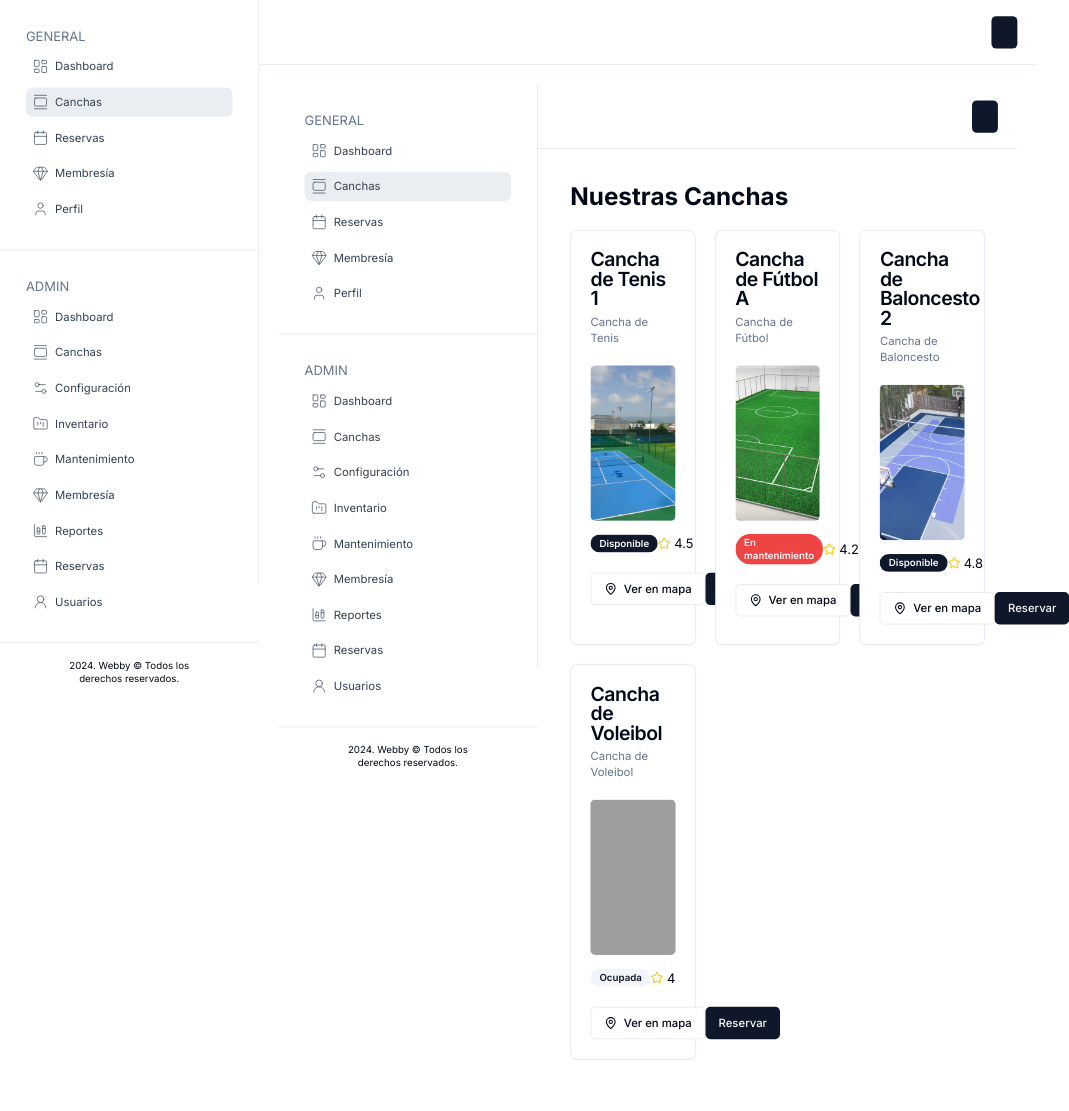
Repository: Jackson-sch/cdeporte
Page: /canchas
An editor plug-in stored every save of this project. The page is shown before and after the next save, followed by the edit.
The browser window is 1280 px wide. The page is 1320 px wide, so the pictures cover 1320 px, including what lies to the right of the window. The pictures show the whole page, at 81% of full size.
Pictures or frames that could not be fetched are drawn as grey boxes. The project was rebuilt for these pictures with package versions that can differ from the ones it lists, and the page was loaded fresh each time. The framework's server and built-in components were replaced by stand-ins that run in the browser. Also part of the build but not shown: next.config.mjs.

Above is the page before, as saved 2024-09-18 18:55:49.

### src/app/layout.jsx
import { Inter } from "next/font/google";
import "./globals.css";
import { Toaster } from "@/components/ui/toaster";

const inter = Inter({ subsets: ["latin"] });

export const metadata = {
  title: "Create Next App",
  description: "Generated by create next app",
};

export default function RootLayout({ children }) {
  return (
    <html lang="en">
      <body className={inter.className}>
        {children}
        <Toaster />
        </body>
    </html>
  );
}

### src/app/(routes)/layout.jsx
import { NavbarDashboard } from "@/components/NavbarDashboard/NavbarDashboard";
import { Sidebar } from "@/components/Sidebar/Sidebar";




export default function LayoutDashboard({ children }) {
  return (
    <div className="flex w-full h-full">
      <div className="hidden h-full xl:block w-80 xl:fixed">
        <Sidebar />
      </div>
      <div className="w-full h-full xl:ml-80">
        <NavbarDashboard />
        <div className="p-6 h-max container">{children}</div>
      </div>
    </div>
  );
}

### src/app/(routes)/(cliente)/layout.jsx
import { NavbarDashboard } from "@/components/NavbarDashboard/NavbarDashboard";
import { Sidebar } from "@/components/Sidebar/Sidebar";




export default function LayoutDashboard({ children }) {
  return (
    <div className="flex w-full h-full">
      <div className="hidden h-full xl:block w-80 xl:fixed">
        <Sidebar />
      </div>
      <div className="w-full h-full xl:ml-80">
        <NavbarDashboard />
        <div className="p-6 h-max container">{children}</div>
      </div>
    </div>
  );
}

### src/app/(routes)/(cliente)/canchas/page.jsx
import React from "react";
import {
  Card,
  CardContent,
  CardDescription,
  CardFooter,
  CardHeader,
  CardTitle,
} from "@/components/ui/card";
import { Button } from "@/components/ui/button";
import { Badge } from "@/components/ui/badge";
import { Star, MapPin } from "lucide-react";

export default function CourtsPage() {
  const courts = [
    {
      id: 1,
      name: "Cancha de Tenis 1",
      type: "Tenis",
      status: "Disponible",
      rating: 4.5,
      image: "/canchitas/tenis.jpg",
    },
    {
      id: 2,
      name: "Cancha de Fútbol A",
      type: "Fútbol",
      status: "En mantenimiento",
      rating: 4.2,
      image: "/canchitas/futbol.jpg",
    },
    {
      id: 3,
      name: "Cancha de Baloncesto 2",
      type: "Baloncesto",
      status: "Disponible",
      rating: 4.8,
      image: "/canchitas/baloncesto.webp",
    },
    {
      id: 4,
      name: "Cancha de Voleibol",
      type: "Voleibol",
      status: "Ocupada",
      rating: 4.0,
      image: "/canchitas/voley.webp",
    },
  ];

  return (
    <div className="container mx-auto p-4">
      <h1 className="text-3xl font-bold mb-6">Nuestras Canchas</h1>

      <div className="grid gap-6 md:grid-cols-2 lg:grid-cols-3">
        {courts.map((court) => (
          <Card key={court.id}>
            <CardHeader>
              <CardTitle>{court.name}</CardTitle>
              <CardDescription>Cancha de {court.type}</CardDescription>
            </CardHeader>
            <CardContent>
              <img
                src={court.image}
                alt={`Imagen de ${court.name}`}
                className="w-full h-48 object-cover rounded-md mb-4"
              />
              <div className="flex justify-between items-center">
                <Badge
                  variant={
                    court.status === "Disponible"
                      ? "default"
                      : court.status === "En mantenimiento"
                      ? "destructive"
                      : "secondary"
                  }
                >
                  {court.status}
                </Badge>
                <div className="flex items-center">
                  <Star className="w-4 h-4 text-yellow-400 mr-1" />
                  <span>{court.rating}</span>
                </div>
              </div>
            </CardContent>
            <CardFooter className="flex justify-between">
              <Button variant="outline">
                <MapPin className="mr-2 h-4 w-4" /> Ver en mapa
              </Button>
              <Button>Reservar</Button>
            </CardFooter>
          </Card>
        ))}
      </div>
    </div>
  );
}

### src/components/ui/toaster.jsx
"use client"

import {
  Toast,
  ToastClose,
  ToastDescription,
  ToastProvider,
  ToastTitle,
  ToastViewport,
} from "@/components/ui/toast"
import { useToast } from "@/components/ui/use-toast"

export function Toaster() {
  const { toasts } = useToast()

  return (
    (<ToastProvider>
      {toasts.map(function ({ id, title, description, action, ...props }) {
        return (
          (<Toast key={id} {...props}>
            <div className="grid gap-1">
              {title && <ToastTitle>{title}</ToastTitle>}
              {description && (
                <ToastDescription>{description}</ToastDescription>
              )}
            </div>
            {action}
            <ToastClose />
          </Toast>)
        );
      })}
      <ToastViewport />
    </ToastProvider>)
  );
}

### src/components/NavbarDashboard/NavbarDashboard.jsx
import { Sheet, SheetContent, SheetTrigger } from "@/components/ui/sheet";
import {Button } from "@/components/ui/button";
import { Menu } from "lucide-react";
import { SidebarRoutes } from "../SidebarRoutes/SidebarRoutes";



export function NavbarDashboard() {
  return (
    <nav className="flex items-center justify-between w-full h-20 px-2 border-b gap-x-4 md:px-6 bg-background">
      <div className="block xl:hidden">
        <Sheet>
          <SheetTrigger className="flex items-center">
            <Menu />
          </SheetTrigger>
          <SheetContent side="left">
            <SidebarRoutes />
          </SheetContent>
        </Sheet>
      </div>
      <div className="flex items-center justify-end w-full gap-x-2">
        <Button />
      </div>
    </nav>
  );
}

### src/components/Sidebar/Sidebar.jsx
import { SidebarRoutes } from "../SidebarRoutes/SidebarRoutes";


export function Sidebar() {
  return (
    <div className="h-screen">
      <div className="flex flex-col h-full border-r">
        <SidebarRoutes />
      </div>
    </div>
  );
}

### src/components/ui/card.jsx
import * as React from "react"

import { cn } from "@/lib/utils"

const Card = React.forwardRef(({ className, ...props }, ref) => (
  <div
    ref={ref}
    className={cn("rounded-lg border bg-card text-card-foreground shadow-sm", className)}
    {...props} />
))
Card.displayName = "Card"

const CardHeader = React.forwardRef(({ className, ...props }, ref) => (
  <div
    ref={ref}
    className={cn("flex flex-col space-y-1.5 p-6", className)}
    {...props} />
))
CardHeader.displayName = "CardHeader"

const CardTitle = React.forwardRef(({ className, ...props }, ref) => (
  <h3
    ref={ref}
    className={cn("text-2xl font-semibold leading-none tracking-tight", className)}
    {...props} />
))
CardTitle.displayName = "CardTitle"

const CardDescription = React.forwardRef(({ className, ...props }, ref) => (
  <p
    ref={ref}
    className={cn("text-sm text-muted-foreground", className)}
    {...props} />
))
CardDescription.displayName = "CardDescription"

const CardContent = React.forwardRef(({ className, ...props }, ref) => (
  <div ref={ref} className={cn("p-6 pt-0", className)} {...props} />
))
CardContent.displayName = "CardContent"

const CardFooter = React.forwardRef(({ className, ...props }, ref) => (
  <div
    ref={ref}
    className={cn("flex items-center p-6 pt-0", className)}
    {...props} />
))
CardFooter.displayName = "CardFooter"

export { Card, CardHeader, CardFooter, CardTitle, CardDescription, CardContent }

### src/components/ui/button.jsx
import * as React from "react"
import { Slot } from "@radix-ui/react-slot"
import { cva } from "class-variance-authority";

import { cn } from "@/lib/utils"

const buttonVariants = cva(
  "inline-flex items-center justify-center whitespace-nowrap rounded-md text-sm font-medium ring-offset-background transition-colors focus-visible:outline-none focus-visible:ring-2 focus-visible:ring-ring focus-visible:ring-offset-2 disabled:pointer-events-none disabled:opacity-50",
  {
    variants: {
      variant: {
        default: "bg-primary text-primary-foreground hover:bg-primary/90",
        destructive:
          "bg-destructive text-destructive-foreground hover:bg-destructive/90",
        outline:
          "border border-input bg-background hover:bg-accent hover:text-accent-foreground",
        secondary:
          "bg-secondary text-secondary-foreground hover:bg-secondary/80",
        ghost: "hover:bg-accent hover:text-accent-foreground",
        link: "text-primary underline-offset-4 hover:underline",
      },
      size: {
        default: "h-10 px-4 py-2",
        sm: "h-9 rounded-md px-3",
        lg: "h-11 rounded-md px-8",
        icon: "h-10 w-10",
      },
    },
    defaultVariants: {
      variant: "default",
      size: "default",
    },
  }
)

const Button = React.forwardRef(({ className, variant, size, asChild = false, ...props }, ref) => {
  const Comp = asChild ? Slot : "button"
  return (
    (<Comp
      className={cn(buttonVariants({ variant, size, className }))}
      ref={ref}
      {...props} />)
  );
})
Button.displayName = "Button"

export { Button, buttonVariants }

### src/components/ui/badge.jsx
import * as React from "react"
import { cva } from "class-variance-authority";

import { cn } from "@/lib/utils"

const badgeVariants = cva(
  "inline-flex items-center rounded-full border px-2.5 py-0.5 text-xs font-semibold transition-colors focus:outline-none focus:ring-2 focus:ring-ring focus:ring-offset-2",
  {
    variants: {
      variant: {
        default:
          "border-transparent bg-primary text-primary-foreground hover:bg-primary/80",
        secondary:
          "border-transparent bg-secondary text-secondary-foreground hover:bg-secondary/80",
        destructive:
          "border-transparent bg-destructive text-destructive-foreground hover:bg-destructive/80",
        outline: "text-foreground",
      },
    },
    defaultVariants: {
      variant: "default",
    },
  }
)

function Badge({
  className,
  variant,
  ...props
}) {
  return (<div className={cn(badgeVariants({ variant }), className)} {...props} />);
}

export { Badge, badgeVariants }

### src/components/ui/toast.jsx
"use client";
import * as React from "react"
import * as ToastPrimitives from "@radix-ui/react-toast"
import { cva } from "class-variance-authority";
import { X } from "lucide-react"

import { cn } from "@/lib/utils"

const ToastProvider = ToastPrimitives.Provider

const ToastViewport = React.forwardRef(({ className, ...props }, ref) => (
  <ToastPrimitives.Viewport
    ref={ref}
    className={cn(
      "fixed top-0 z-[100] flex max-h-screen w-full flex-col-reverse p-4 sm:bottom-0 sm:right-0 sm:top-auto sm:flex-col md:max-w-[420px]",
      className
    )}
    {...props} />
))
ToastViewport.displayName = ToastPrimitives.Viewport.displayName

const toastVariants = cva(
  "group pointer-events-auto relative flex w-full items-center justify-between space-x-4 overflow-hidden rounded-md border p-6 pr-8 shadow-lg transition-all data-[swipe=cancel]:translate-x-0 data-[swipe=end]:translate-x-[var(--radix-toast-swipe-end-x)] data-[swipe=move]:translate-x-[var(--radix-toast-swipe-move-x)] data-[swipe=move]:transition-none data-[state=open]:animate-in data-[state=closed]:animate-out data-[swipe=end]:animate-out data-[state=closed]:fade-out-80 data-[state=closed]:slide-out-to-right-full data-[state=open]:slide-in-from-top-full data-[state=open]:sm:slide-in-from-bottom-full",
  {
    variants: {
      variant: {
        default: "border bg-background text-foreground",
        destructive:
          "destructive group border-destructive bg-destructive text-destructive-foreground",
      },
    },
    defaultVariants: {
      variant: "default",
    },
  }
)

const Toast = React.forwardRef(({ className, variant, ...props }, ref) => {
  return (
    (<ToastPrimitives.Root
      ref={ref}
      className={cn(toastVariants({ variant }), className)}
      {...props} />)
  );
})
Toast.displayName = ToastPrimitives.Root.displayName

const ToastAction = React.forwardRef(({ className, ...props }, ref) => (
  <ToastPrimitives.Action
    ref={ref}
    className={cn(
      "inline-flex h-8 shrink-0 items-center justify-center rounded-md border bg-transparent px-3 text-sm font-medium ring-offset-background transition-colors hover:bg-secondary focus:outline-none focus:ring-2 focus:ring-ring focus:ring-offset-2 disabled:pointer-events-none disabled:opacity-50 group-[.destructive]:border-muted/40 group-[.destructive]:hover:border-destructive/30 group-[.destructive]:hover:bg-destructive group-[.destructive]:hover:text-destructive-foreground group-[.destructive]:focus:ring-destructive",
      className
    )}
    {...props} />
))
ToastAction.displayName = ToastPrimitives.Action.displayName

const ToastClose = React.forwardRef(({ className, ...props }, ref) => (
  <ToastPrimitives.Close
    ref={ref}
    className={cn(
      "absolute right-2 top-2 rounded-md p-1 text-foreground/50 opacity-0 transition-opacity hover:text-foreground focus:opacity-100 focus:outline-none focus:ring-2 group-hover:opacity-100 group-[.destructive]:text-red-300 group-[.destructive]:hover:text-red-50 group-[.destructive]:focus:ring-red-400 group-[.destructive]:focus:ring-offset-red-600",
      className
    )}
    toast-close=""
    {...props}>
    <X className="h-4 w-4" />
  </ToastPrimitives.Close>
))
ToastClose.displayName = ToastPrimitives.Close.displayName

const ToastTitle = React.forwardRef(({ className, ...props }, ref) => (
  <ToastPrimitives.Title ref={ref} className={cn("text-sm font-semibold", className)} {...props} />
))
ToastTitle.displayName = ToastPrimitives.Title.displayName

const ToastDescription = React.forwardRef(({ className, ...props }, ref) => (
  <ToastPrimitives.Description ref={ref} className={cn("text-sm opacity-90", className)} {...props} />
))
ToastDescription.displayName = ToastPrimitives.Description.displayName

export { ToastProvider, ToastViewport, Toast, ToastTitle, ToastDescription, ToastClose, ToastAction };

### src/components/ui/sheet.jsx
"use client";
import * as React from "react"
import * as SheetPrimitive from "@radix-ui/react-dialog"
import { cva } from "class-variance-authority";
import { X } from "lucide-react"

import { cn } from "@/lib/utils"

const Sheet = SheetPrimitive.Root

const SheetTrigger = SheetPrimitive.Trigger

const SheetClose = SheetPrimitive.Close

const SheetPortal = SheetPrimitive.Portal

const SheetOverlay = React.forwardRef(({ className, ...props }, ref) => (
  <SheetPrimitive.Overlay
    className={cn(
      "fixed inset-0 z-50 bg-black/80  data-[state=open]:animate-in data-[state=closed]:animate-out data-[state=closed]:fade-out-0 data-[state=open]:fade-in-0",
      className
    )}
    {...props}
    ref={ref} />
))
SheetOverlay.displayName = SheetPrimitive.Overlay.displayName

const sheetVariants = cva(
  "fixed z-50 gap-4 bg-background p-6 shadow-lg transition ease-in-out data-[state=open]:animate-in data-[state=closed]:animate-out data-[state=closed]:duration-300 data-[state=open]:duration-500",
  {
    variants: {
      side: {
        top: "inset-x-0 top-0 border-b data-[state=closed]:slide-out-to-top data-[state=open]:slide-in-from-top",
        bottom:
          "inset-x-0 bottom-0 border-t data-[state=closed]:slide-out-to-bottom data-[state=open]:slide-in-from-bottom",
        left: "inset-y-0 left-0 h-full w-3/4 border-r data-[state=closed]:slide-out-to-left data-[state=open]:slide-in-from-left sm:max-w-sm",
        right:
          "inset-y-0 right-0 h-full w-3/4  border-l data-[state=closed]:slide-out-to-right data-[state=open]:slide-in-from-right sm:max-w-sm",
      },
    },
    defaultVariants: {
      side: "right",
    },
  }
)

const SheetContent = React.forwardRef(({ side = "right", className, children, ...props }, ref) => (
  <SheetPortal>
    <SheetOverlay />
    <SheetPrimitive.Content ref={ref} className={cn(sheetVariants({ side }), className)} {...props}>
      {children}
      <SheetPrimitive.Close
        className="absolute right-4 top-4 rounded-sm opacity-70 ring-offset-background transition-opacity hover:opacity-100 focus:outline-none focus:ring-2 focus:ring-ring focus:ring-offset-2 disabled:pointer-events-none data-[state=open]:bg-secondary">
        <X className="h-4 w-4" />
        <span className="sr-only">Close</span>
      </SheetPrimitive.Close>
    </SheetPrimitive.Content>
  </SheetPortal>
))
SheetContent.displayName = SheetPrimitive.Content.displayName

const SheetHeader = ({
  className,
  ...props
}) => (
  <div
    className={cn("flex flex-col space-y-2 text-center sm:text-left", className)}
    {...props} />
)
SheetHeader.displayName = "SheetHeader"

const SheetFooter = ({
  className,
  ...props
}) => (
  <div
    className={cn("flex flex-col-reverse sm:flex-row sm:justify-end sm:space-x-2", className)}
    {...props} />
)
SheetFooter.displayName = "SheetFooter"

const SheetTitle = React.forwardRef(({ className, ...props }, ref) => (
  <SheetPrimitive.Title
    ref={ref}
    className={cn("text-lg font-semibold text-foreground", className)}
    {...props} />
))
SheetTitle.displayName = SheetPrimitive.Title.displayName

const SheetDescription = React.forwardRef(({ className, ...props }, ref) => (
  <SheetPrimitive.Description
    ref={ref}
    className={cn("text-sm text-muted-foreground", className)}
    {...props} />
))
SheetDescription.displayName = SheetPrimitive.Description.displayName

export {
  Sheet,
  SheetPortal,
  SheetOverlay,
  SheetTrigger,
  SheetClose,
  SheetContent,
  SheetHeader,
  SheetFooter,
  SheetTitle,
  SheetDescription,
}

### src/components/SidebarRoutes/SidebarRoutes.jsx
"use client";

import { Separator } from "@/components/ui/separator";
import { dataAdminSidebar, dataGeneralSidebar } from "./SidebarRoute.data";
import { SidebarItem } from "./SidebarItem/SidebarItem";



export function SidebarRoutes() {

  return (
    <div className="flex flex-col justify-between h-full">
      <div>
        <div className="p-4 md:p-8">
          <p className="mb-2 text-slate-500">GENERAL</p>
          {dataGeneralSidebar.map((item) => (
            <SidebarItem key={item.label} item={item} />
          ))}
        </div>

        <Separator />

          <div className="p-4 md:p-8">
            <p className="mb-2 text-slate-500">ADMIN</p>
            {dataAdminSidebar.map((item) => (
              <SidebarItem key={item.label} item={item} />
            ))}
          </div>
      </div>

      <div>
        <Separator />

        <footer className="px-6 py-2 mt-3 text-center text-xs text-pretty">
          2024. Webby © Todos los derechos reservados.
        </footer>
      </div>
    </div>
  );
}

### src/components/SidebarRoutes/SidebarRoute.data.jsx
import {
  Calendar,
  ChartColumnStacked,
  Coffee,
  FolderKanban,
  GalleryVertical,
  Gem,
  LayoutDashboard,
  Settings2,
  User,
  User2,
} from "lucide-react";

export const dataGeneralSidebar = [
  {
    icon: LayoutDashboard,
    label: "Dashboard",
    href: "/dashboard",
  },
  {
    icon: GalleryVertical,
    label: "Canchas",
    href: "/canchas",
  },
  {
    icon: Calendar,
    label: "Reservas",
    href: "/reservas",
  },
  {
    icon: Gem,
    label: "Membresía",
    href: "/membresia",
  },
  {
    icon: User,
    label: "Perfil",
    href: "/perfil",
  },
];

export const dataAdminSidebar = [
  {
    icon: LayoutDashboard,
    label: "Dashboard",
    href: "/admin/dashboard",
  },
  {
    icon: GalleryVertical,
    label: "Canchas",
    href: "/admin/canchas",
  },
  {
    icon: Settings2,
    label: "Configuración",
    href: "/admin/configuracion",
  },
  {
    icon: FolderKanban,
    label: "Inventario",
    href: "/admin/inventario",
  },
  {
    icon: Coffee,
    label: "Mantenimiento",
    href: "/admin/mantenimiento",
  },
  {
    icon: Gem,
    label: "Membresía",
    href: "/admin/membresia",
  },
  {
    icon: ChartColumnStacked,
    label: "Reportes",
    href: "/admin/reportes",
  },
  {
    icon: Calendar,
    label: "Reservas",
    href: "/admin/reservas",
  },
  {
    icon: User2,
    label: "Usuarios",
    href: "/admin/usuarios",
  },
];

### src/components/SidebarRoutes/SidebarItem/SidebarItem.jsx
import Link from "next/link";
import { cn } from "@/lib/utils";
import { usePathname } from "next/navigation";

export function SidebarItem({item}) {
  const { href, icon: Icon, label } = item;

  const pathname = usePathname();

  const activePath = pathname === href;

  return (
    <Link
      href={href}
      className={cn(
        `flex gap-x-2 mt-2 text-slate-700 text-sm items-center hover:bg-slate-300/20 p-2 rounded-lg cursor-pointer`,
        activePath && "bg-slate-400/20"
      )}
    >
      <Icon className="h-5 w-5" strokeWidth={1} />
      {label}
    </Link>
  );
}

Loaded but not shown: src/app/globals.css (common file); src/lib/utils.js (common file); src/components/ui/separator.jsx (common file); tailwind.config.js (common file); src/components/ui/use-toast.js (155 lines, source omitted)

After the next save:
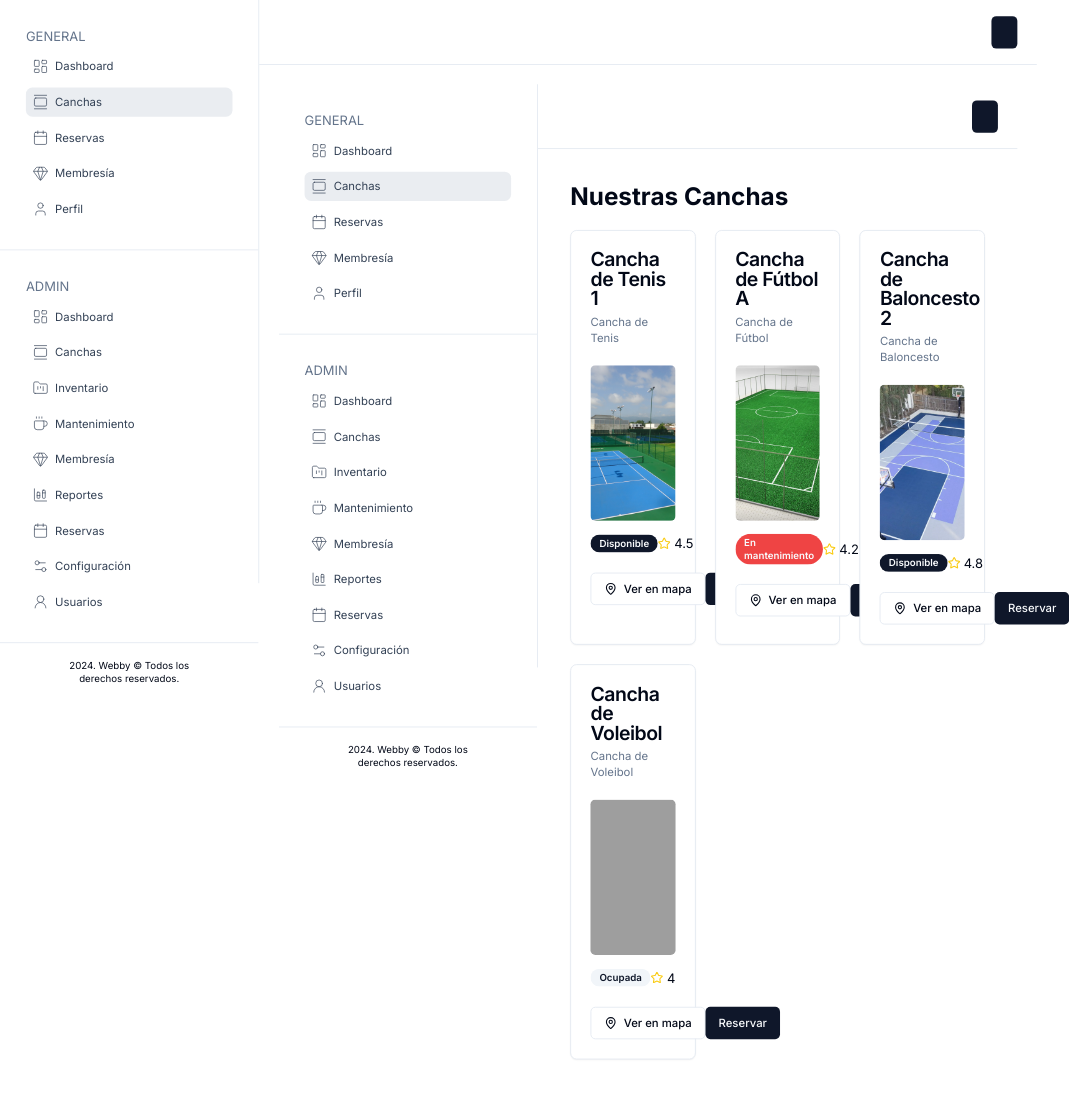
Saved 27 s later.
--- a/src/components/SidebarRoutes/SidebarRoute.data.jsx
+++ b/src/components/SidebarRoutes/SidebarRoute.data.jsx
@@ -51,11 +51,6 @@ export const dataAdminSidebar = [
     href: "/admin/canchas",
   },
   {
-    icon: Settings2,
-    label: "Configuración",
-    href: "/admin/configuracion",
-  },
-  {
     icon: FolderKanban,
     label: "Inventario",
     href: "/admin/inventario",
@@ -81,6 +76,11 @@ export const dataAdminSidebar = [
     href: "/admin/reservas",
   },
   {
+    icon: Settings2,
+    label: "Configuración",
+    href: "/admin/configuracion",
+  },
+  {
     icon: User2,
     label: "Usuarios",
     href: "/admin/usuarios",
